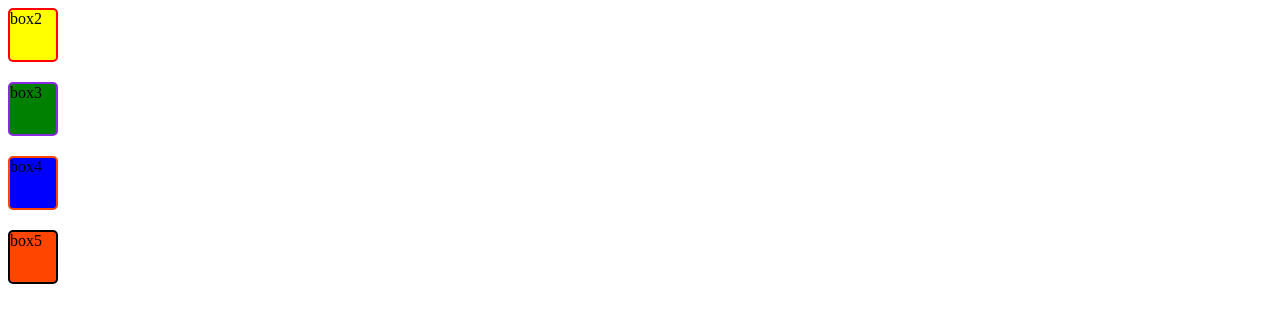
Repository: ABDUSALIMSUBAHIELBASHI/full-html-css-js
Page: Desktop/coding/css/indexday2.html
The author's editor kept a copy of each file at every save. The page is drawn from the files as they stood at one save, then again after the next save.
The browser window is 1280 px wide. The pictures show the whole page.

Above is the page before, as saved 2025-09-16 10:55:13.

### Desktop/coding/css/indexday2.html
<!DOCTYPE html>
<html lang="en">

<head>
    <meta charset="UTF-8">
    <link rel="stylesheet" href="indexday2.css">

    <title>Document</title>
</head>
<body>
<div id="box" class="container">
    <div id="box" class="box2">box2</div>
    <div id="box" class="box3">box3</div>
    <div id="box" class="box4">box4</div>
    <div id="box" class="box5">box5</div>
</div>
</body>

</html>

### Desktop/coding/css/indexday2.css
.container{
    display: flex;
    flex-wrap: wrap;
    gap: 20px;
    justify-content: space-evenly;
    align-items: center;
}
#box{
    width: 50px;
    height: 50px;
}
.box2{
    background-color: yellow;
    width: 50px;
    height: 20px;
    border-radius: 5px;
    border: 2px solid red;
}
.box3{
 background-color:green;
    width: 50px;
    height: 20px;
    border-radius: 5px;
    border: 2px solid blueviolet;
}

.box4{
 background-color: blue;
    width: 50px;
    height: 20px;
    border-radius: 5px;
    border: 2px solid orangered;
}

.box5{
 background-color: orangered;
    width: 50px;
    height: 20px;
    border-radius: 5px;
    border: 2px solid black;
}

After the next save:
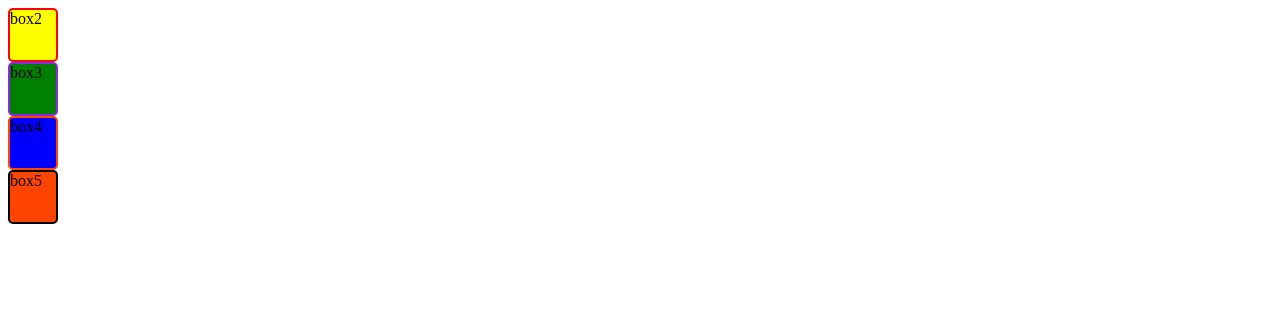
Saved 97 s later.
--- a/Desktop/coding/css/indexday2.css
+++ b/Desktop/coding/css/indexday2.css
@@ -1,7 +1,8 @@
 .container{
     display: flex;
     flex-wrap: wrap;
-    gap: 20px;
+    /* gap: 20px; */
+    height: 80vh;
     justify-content: space-evenly;
     align-items: center;
 }
